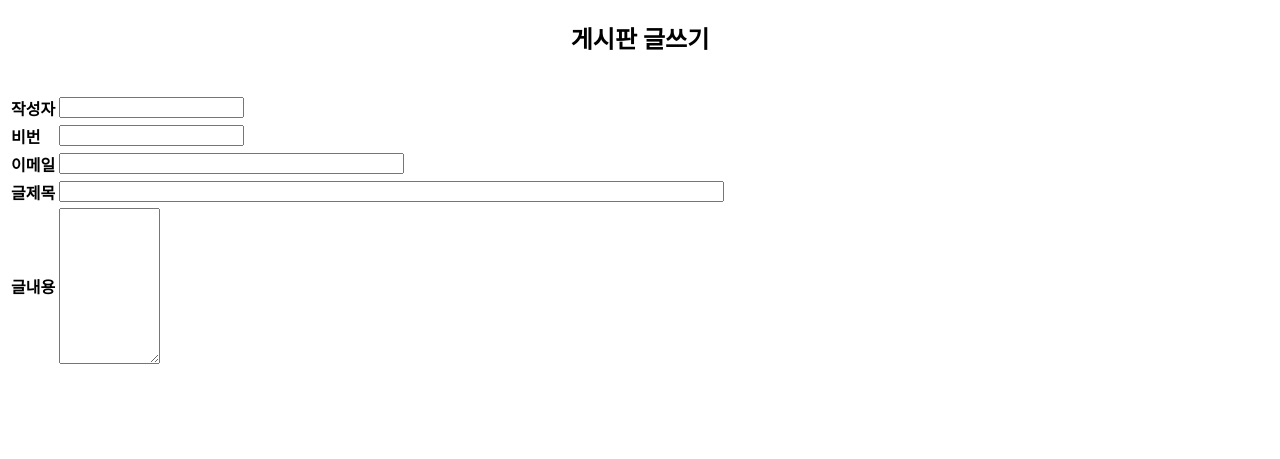
Repository: supremehappy/JSP_test02
Page: http://localhost/test/JSP_Test_06_1_boardWriteForm.jsp
These files come from the project's save history. The page is drawn as it stood at one moment and after the next save; the edit follows.
The browser window is 1280 px wide. The pictures show the whole page.
The page is served by Tomcat 9.

Above is the page before, as saved 2017-07-17 07:16:36.

After the next save:
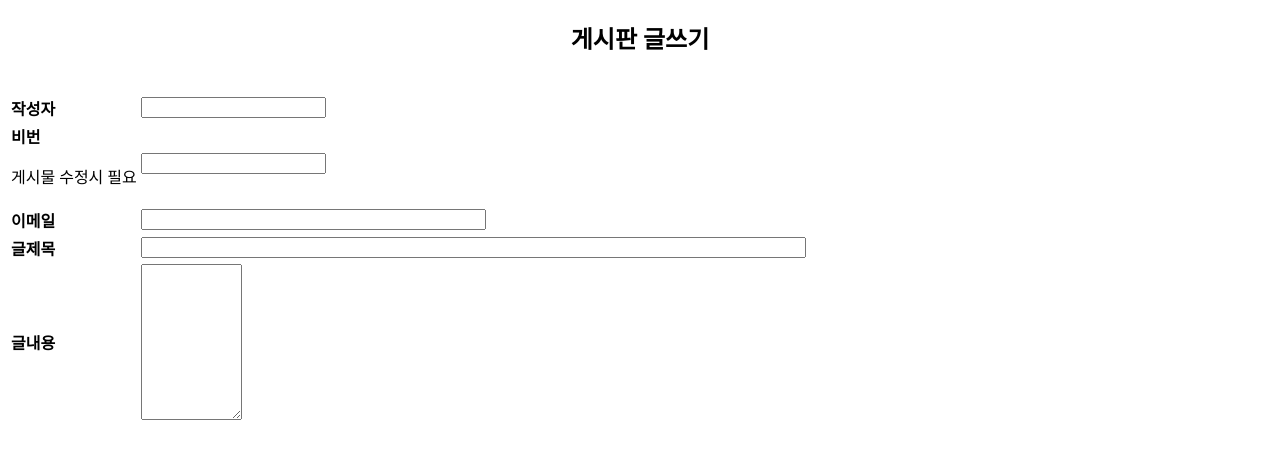
Saved 44 s later.
--- a/test/WebContent/JSP_Test_06_1_boardWriteForm.jsp
+++ b/test/WebContent/JSP_Test_06_1_boardWriteForm.jsp
@@ -22,7 +22,7 @@
 			<td><input type="text" name="name" size="20"></td>
 		</tr>
 		<tr>
-			<td><label><b>비번		</b></label></td>
+			<td><label><b>비번		</b></label><p>게시물 수정시 필요</p></td>
 			<td><input type="password" name="pw" size="20"></td>
 		</tr>
 		<tr>
@@ -35,7 +35,7 @@
 		</tr>
 		<tr>
 			<td><label><b>글내용		</b></label></td>
-			<td><textarea rows="10" cols="10" name="comment" size="100" ></textarea></td>
+			<td><textarea rows="10" cols="10" name="comment"  ></textarea></td>
 		</tr>
 	</table>
 </form>
